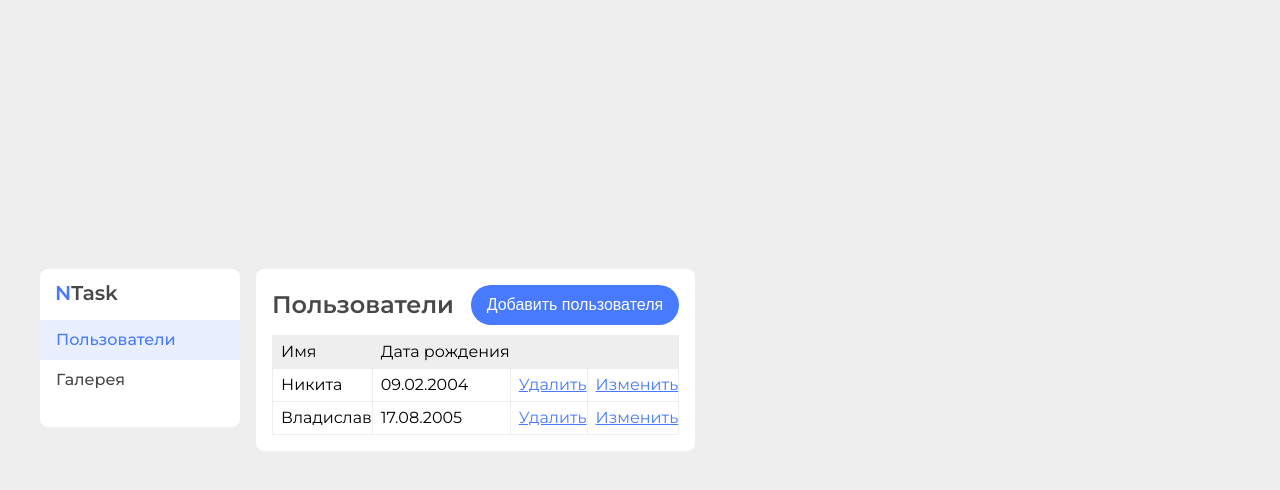
Repository: Grid-Master/NTask
Page: /
The author's editor kept a copy of each file at every save. The page is drawn from the files as they stood at one save, then again after the next save.
The browser window is 1280 px wide. The pictures show the whole page.
The project was rebuilt for these pictures with package versions that can differ from the ones it lists, and the page was loaded fresh each time. Also part of the build but not shown: src/components/gallery/gallery.sass, src/components/gallery/Gallery.tsx, src/components/updateUser/updateUser.sass, src/components/updateUser/UpdateUser.tsx.

Above is the page before, as saved 2023-06-09 19:51:55.

After the next save:
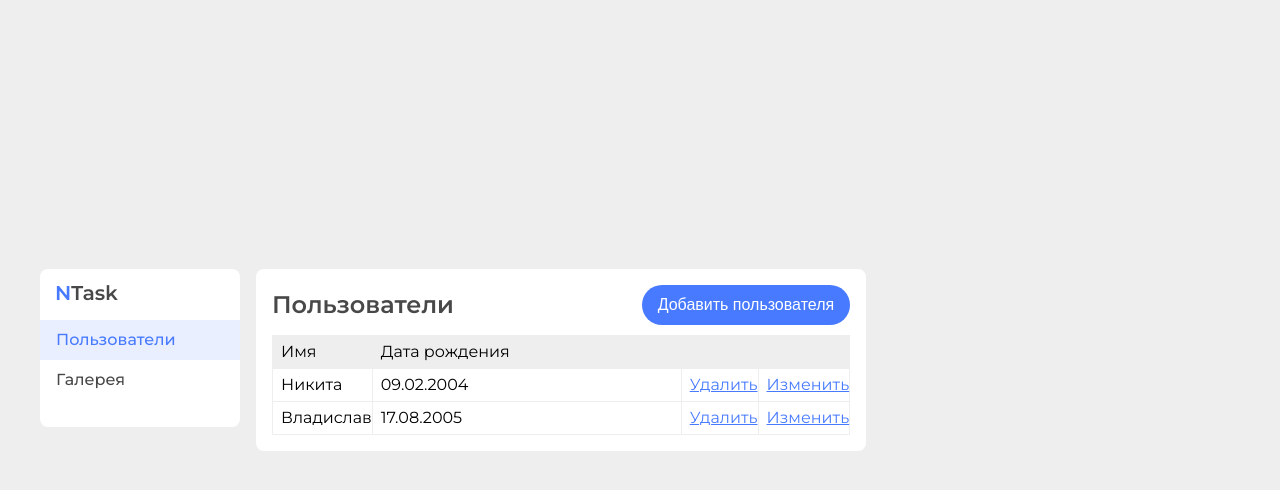
Saved 7 s later.
--- a/src/components/userList/userList.sass
+++ b/src/components/userList/userList.sass
@@ -44,7 +44,7 @@
             &:hover
                 opacity: .8
         tr td:nth-child(2)
-            height: 10px
+            width: 300px
         // tr:first-child td:first-child
         //     border-radius: 8px 0 0 0
         // tr:first-child td:last-child
